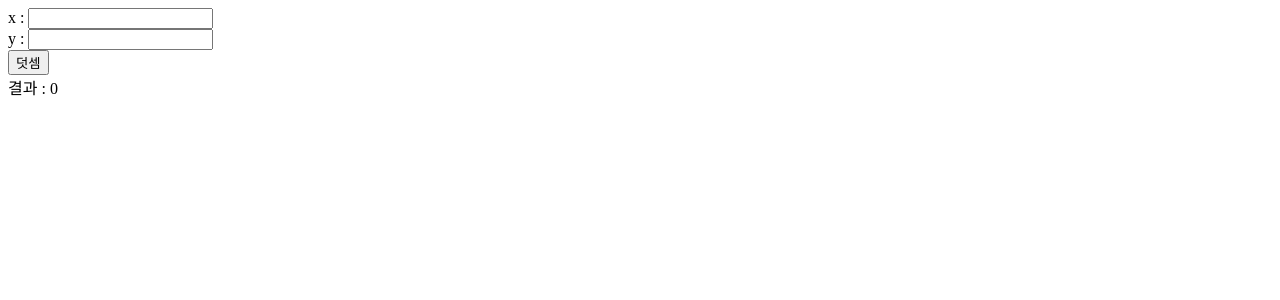
Repository: yunBibi/newlecture_jsp
Page: Test/src/main/webapp/add2.html
An editor plug-in stored every save of this project. The page is shown before and after the next save, followed by the edit.
The browser window is 1280 px wide. The pictures show the whole page.

Above is the page before, as saved 2021-11-29 22:44:10.

### Test/src/main/webapp/add2.html
<!DOCTYPE html>
<html>
<head>
<meta charset="UTF-8">
<title>Insert title here</title>
</head>
<body>
	<form action="add" method="post">
		<div>
			<label> x : </label>
			<input type="text" name="x" />
		</div>
		<div>
			<label> y : </label>
			<input type="text" name="y" />
		</div>
		<div>
			<input type="submit" value="덧셈" />
		</div>
		<div>
			결과 : 0
		</div>
	</form>
</body>
</html>

After the next save:
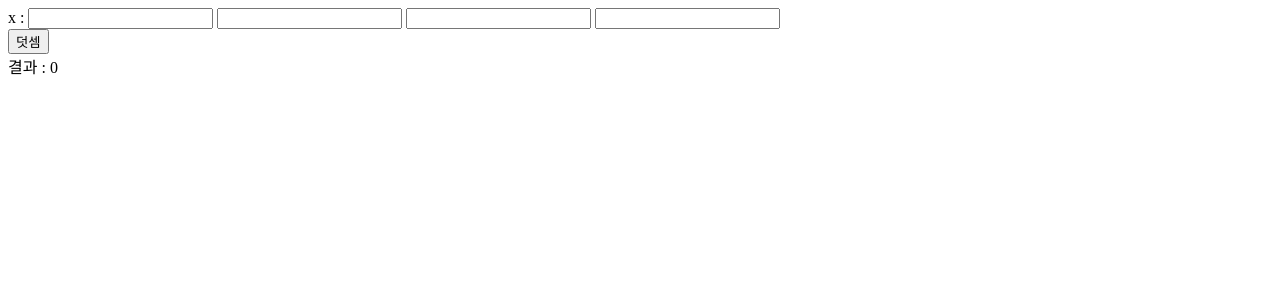
Saved 25 min 4 s later.
--- a/Test/src/main/webapp/add2.html
+++ b/Test/src/main/webapp/add2.html
@@ -5,15 +5,16 @@
 <title>Insert title here</title>
 </head>
 <body>
-	<form action="add" method="post">
+	<form action="add2" method="post">
 		<div>
 			<label> x : </label>
-			<input type="text" name="x" />
+			<input type="text" name="num" />
+			<input type="text" name="num" />
+			<input type="text" name="num" />
+			<input type="text" name="num" />
+
 		</div>
-		<div>
-			<label> y : </label>
-			<input type="text" name="y" />
-		</div>
+
 		<div>
 			<input type="submit" value="덧셈" />
 		</div>
